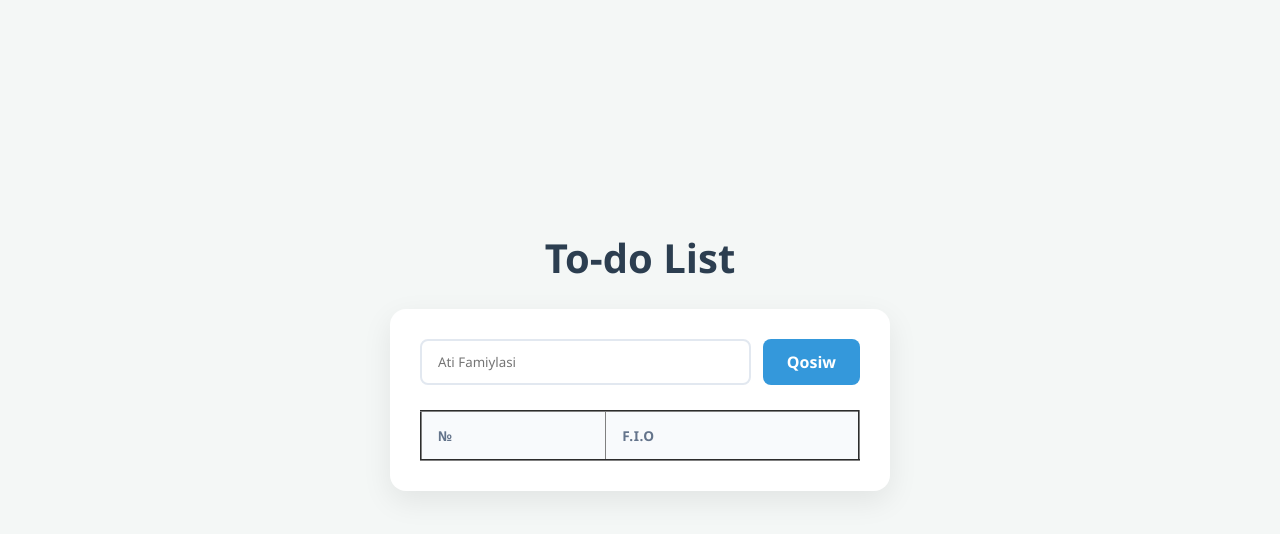
Repository: atamuratov777/my-to-do-list
Page: index.html
These files come from the project's save history. The page is drawn as it stood at one moment and after a run of saves; the edit follows.
The browser window is 1280 px wide. The pictures show the whole page.

Above is the page before, as saved 2026-06-18 14:06:18.

After the next 2 saves:
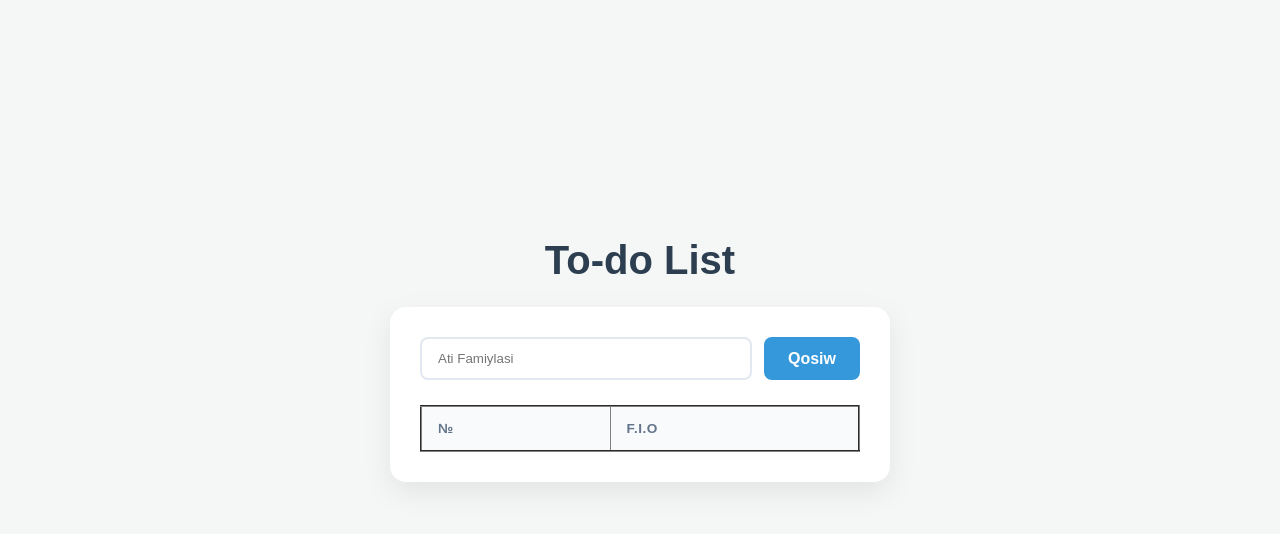
The 2 saves are shown as one change because they came seconds apart.
The last was saved 17 s later.
--- a/style.css
+++ b/style.css
@@ -1,9 +1,9 @@
-/* Сброс базовых отступов и настройка шрифта */
+
 * {
     margin: 0;
     padding: 0;
     box-sizing: border-box;
-    font-family: 'Segoe UI', Tahoma, Geneva, Verdana, sans-serif;
+    font-family: sans-serif;
 }
 
 body {
